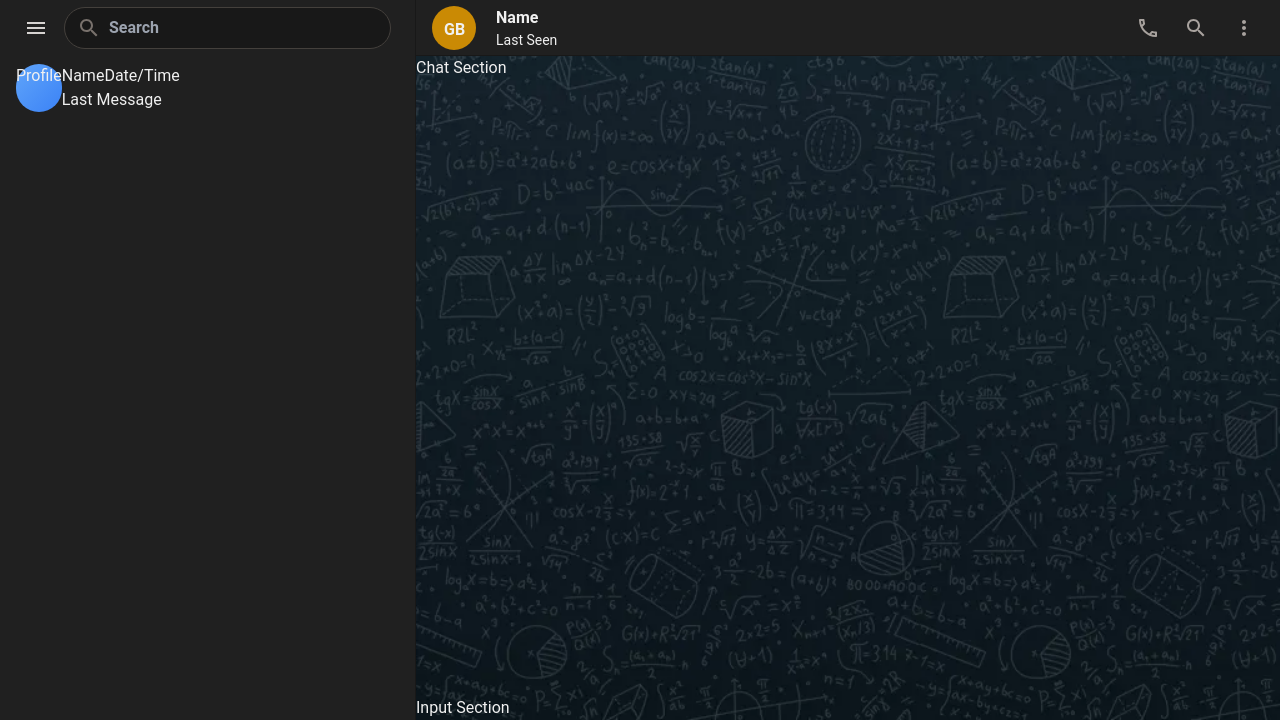
Repository: Qu4ntumGuy/telegram-clone
Page: /
The author's editor kept a copy of each file at every save. The page is drawn from the files as they stood at one save, then again after the next save.
The browser window is 1280 px wide. The pictures show the whole page.
The page's requests for data from a server got no answer. The project was rebuilt for these pictures with package versions that can differ from the ones it lists, and the page was loaded fresh each time. No one was signed in, and anything a server would have sent is missing. Also part of the build but not shown: src/Pages/ChatPage.js/ChatPage.js.

Above is the page before, as saved 2024-07-15 13:45:16.

### src/index.css
@tailwind base;
@tailwind components;
@tailwind utilities;

:root {
  font-family: "Roboto", sans-serif;
  color-scheme: light;
  body {
    @apply bg-[#181818] text-[#f0f0f0];
  }
}
/*
:root {
  @apply bg-[#181818];
} */

### src/App.js
import { Routes, BrowserRouter, Route } from "react-router-dom";
import Sidebar from "./Components/Sidebar";
import Home from "./Pages/Home/Home";
import ChatPage from "./Pages/ChatPage.js/ChatPage";

function App() {
  return (
    <div className="flex max-w-[105rem] mx-auto">
      <Sidebar />
      <BrowserRouter>
        <Routes>
          <Route path="/" element={<Home />} />
          <Route path="/k/:id" element={<ChatPage />} />
        </Routes>
      </BrowserRouter>
      {/* <Home /> */}
    </div>
  );
}

export default App;

### src/Components/Sidebar.js
import React, { useEffect, useRef, useState } from "react";
import MenuIcon from "@mui/icons-material/Menu";
import SearchIcon from "@mui/icons-material/Search";
import axios from "axios";
import Chat from "./Chat";

function Sidebar() {
  const [page, setPage] = useState(1);
  const [channels, setChannels] = useState([]);
  const fetchChannels = async () => {
    try {
      const res = await axios.get(
        `https://devapi.beyondchats.com/api/get_all_chats?page=${page}`,
        {
          headers: {
            Accept: "application/json",
          },
        }
      );
      //   console.log(res);
      setChannels(res.data.data.data);
      console.log(res.data.data.data);
    } catch (error) {
      console.log(error);
    }
  };

  function formatString(str) {
    str = str.trim();
    const words = str.split(/\s+/);
    if (words.length === 1) {
      return words[0].charAt(0).toUpperCase();
    } else if (words.length === 2) {
      return (
        words[0].charAt(0).toUpperCase() + words[1].charAt(0).toUpperCase()
      );
    } else {
      return (
        words[0].charAt(0).toUpperCase() +
        words[words.length - 1].charAt(0).toUpperCase()
      );
    }
  }

  useEffect(() => {
    fetchChannels();
  }, []);

  const ref = useRef();
  return (
    <div className="w-full md:max-w-[26rem] bg-[#202020] border-r border-[#181818] h-screen">
      <div className="flex items-center justify-start px-4 h-14 w-full">
        <div className="px-2 text-stone-300">
          <MenuIcon />
        </div>

        <div className="flex items-center justify-start border text-stone-500 w-full px-3 mx-2 border-stone-700 rounded-full p-2 bg-[#181818]">
          <div className="w-auto">
            <SearchIcon />
          </div>
          <form className="w-full text-white font-semibold">
            <input
              className=" w-full bg-inherit pl-2 focus:outline-none"
              placeholder="Search"
            />
            <div className="w-full bg-inherit pl-2"></div>
          </form>
        </div>
      </div>
      <div className=" overflow-y-auto">
        <Chat />
      </div>
    </div>
  );
}

export default Sidebar;

### src/Pages/Home/Home.js
import React from "react";
import backgroundImage from "../../Assets/Desktop.webp";
import Topbar from "../../Components/Topbar";

function Home() {
  const image =
    "https://blog.1a23.com/wp-content/uploads/sites/2/2020/02/pattern_02-150x150.png";

  //   const divStyle = {
  //     width: "100%",
  //     height: "100vh", // Adjust the height as needed
  //     backgroundImage: `url(${backgroundImage})`,
  //     backgroundSize: "cover", // Ensures the image covers the entire div
  //     backgroundPosition: "center", // Centers the image
  //   };
  return (
    <div
      className="md:flex flex-col justify-center bg-cover h-screen hidden md:w-full "
      style={{ backgroundImage: `url(${backgroundImage})` }}
    >
      <div className="top-0 mb-auto h-14 bg-[#202020] border-b border-[#181818]">
        <Topbar />
      </div>
      <div className="flex flex-col h-full">
        <div className="top-0">Chat Section</div>
        <div className="bottom-0 mt-auto">Input Section</div>
      </div>
    </div>
  );
}

export default Home;

### src/Components/Chat.js
import React from "react";

function Chat({ name, profile }) {
  return (
    <div className="flex hover:bg-stone-700 hover:bg-opacity-30 p-2 mx-2 rounded-lg">
      <div className=" bg-gradient-to-br from-blue-400 rounded-full to-blue-500">
        Profile
      </div>
      <div className="flex flex-col">
        <div className="flex">
          <div>Name</div>
          <div>Date/Time</div>
        </div>
        <div>Last Message</div>
      </div>
    </div>
  );
}

export default Chat;

### src/Components/Topbar.js
import React from "react";
import CallOutlinedIcon from "@mui/icons-material/CallOutlined";
import SearchIcon from "@mui/icons-material/Search";
import MoreVertIcon from "@mui/icons-material/MoreVert";

function Topbar() {
  return (
    <div className="flex px-4 h-14">
      <div className="flex-1 flex items-center">
        <div className="bg-yellow-600 p-3 rounded-full h-11 w-11 text-center align-middle font-bold">
          <div className="text-center align-middle">GB</div>
        </div>
        <div className="flex flex-col pl-5 w-full">
          <div className="font-semibold">Name</div>
          <div className="text-sm"> Last Seen</div>
        </div>
      </div>
      <div className="flex items-center space-x-2 font-bold pl-3 text-stone-400">
        <div className=" rounded-full cursor-pointer hover:bg-stone-700 hover:bg-opacity-30 p-2">
          <CallOutlinedIcon />
        </div>
        <div className=" rounded-full cursor-pointer hover:bg-stone-700 hover:bg-opacity-30 p-2">
          <SearchIcon />
        </div>
        <div className=" rounded-full cursor-pointer hover:bg-stone-700 hover:bg-opacity-30 p-2">
          <MoreVertIcon />
        </div>
      </div>
    </div>
  );
}

export default Topbar;

Loaded but not shown: public/index.html (common file); src/index.js (common file); src/reportWebVitals.js (common file); tailwind.config.js (common file)

After the next save:
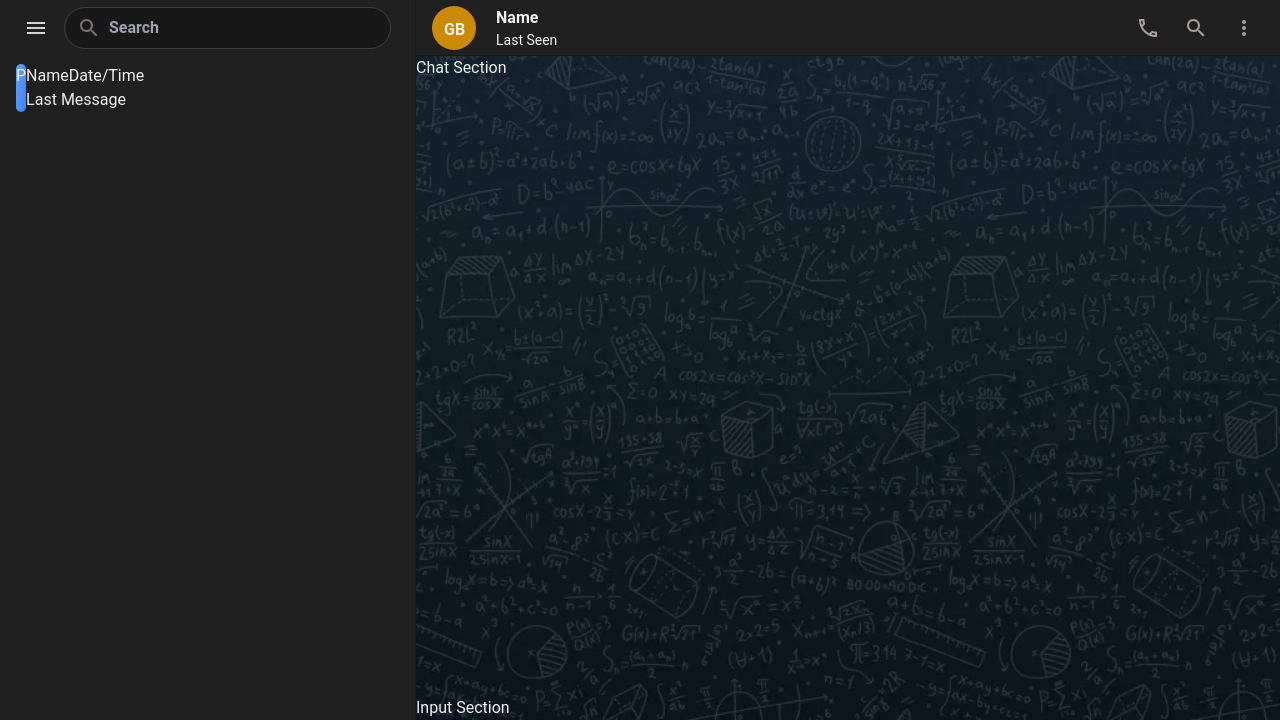
Saved 7 s later.
--- a/src/Components/Chat.js
+++ b/src/Components/Chat.js
@@ -4,7 +4,7 @@ function Chat({ name, profile }) {
   return (
     <div className="flex hover:bg-stone-700 hover:bg-opacity-30 p-2 mx-2 rounded-lg">
       <div className=" bg-gradient-to-br from-blue-400 rounded-full to-blue-500">
-        Profile
+        P
       </div>
       <div className="flex flex-col">
         <div className="flex">
